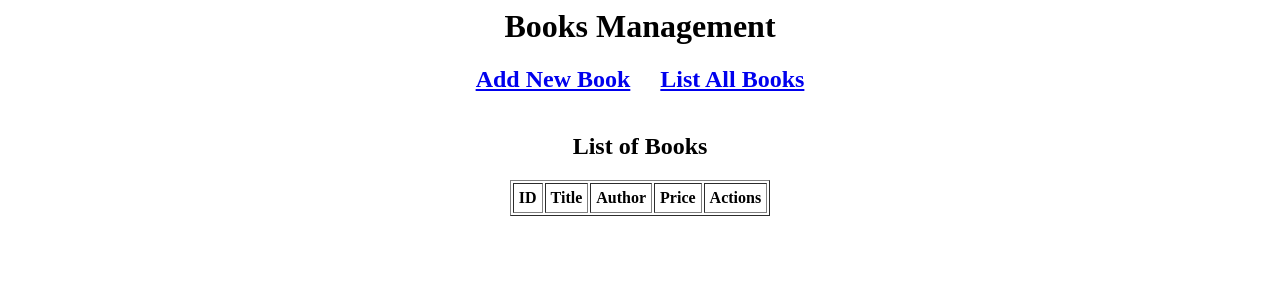
Repository: ntheanh201/A-D-Labs
Page: http://localhost/Lab1-Pro5/book-list.jsp
An editor plug-in stored every save of this project. The page is shown before and after the next save, followed by the edit.
The browser window is 1280 px wide. The pictures show the whole page.
The page is served by Tomcat 9. Other server files are loaded and not shown. The template is opened directly, without the code that normally fills it, so the values that code supplies are empty.

Above is the page before, as saved 2020-09-21 07:40:06.

### Lab1-Pro5/WebContent/book-list.jsp
<%--
    Document   : BookList
    Created on : Sep 21, 2020, 3:17:19 AM
    Author     : Thu Uyen
--%>

<%@ page language="java" contentType="text/html; charset=UTF-8"
    pageEncoding="UTF-8"%>
<%@ taglib uri="http://java.sun.com/jsp/jstl/core" prefix="c" %>
<html>
<head>
    <title>Books Store Application</title>
</head>
<body>
    <center>
        <h1>Books Management</h1>
        <h2>
            <a href="/new">Add New Book</a>
            &nbsp;&nbsp;&nbsp;
            <a href="/list">List All Books</a>

        </h2>
    </center>
    <div align="center">
        <table border="1" cellpadding="5">
            <caption><h2>List of Books</h2></caption>
            <tr>
                <th>ID</th>
                <th>Title</th>
                <th>Author</th>
                <th>Price</th>
                <th>Actions</th>
            </tr>
            <c:forEach var="book" items="${listBook}">
                <tr>
                    <td><c:out value="${book.id}" /></td>
                    <td><c:out value="${book.title}" /></td>
                    <td><c:out value="${book.author}" /></td>
                    <td><c:out value="${book.price}" /></td>
                    <td>
                        <a href="/edit?id=<c:out value='${book.id}' />">Edit</a>
                        &nbsp;&nbsp;&nbsp;&nbsp;
                        <a href="/delete?id=<c:out value='${book.id}' />">Delete</a>
                    </td>
                </tr>
            </c:forEach>
        </table>
    </div>
</body>
</html>

After the next save:
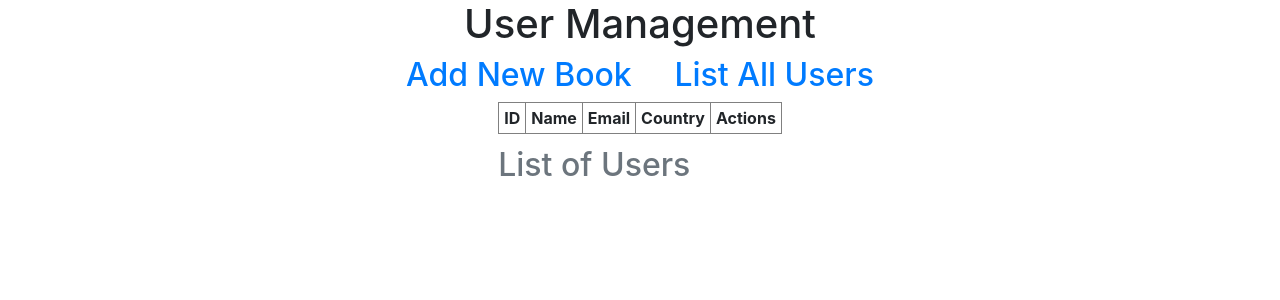
Saved 10 min 18 s later.
--- a/Lab1-Pro5/WebContent/book-list.jsp
+++ b/Lab1-Pro5/WebContent/book-list.jsp
@@ -1,34 +1,30 @@
-<%--
-    Document   : BookList
-    Created on : Sep 21, 2020, 3:17:19 AM
-    Author     : Thu Uyen
---%>
-
 <%@ page language="java" contentType="text/html; charset=UTF-8"
     pageEncoding="UTF-8"%>
 <%@ taglib uri="http://java.sun.com/jsp/jstl/core" prefix="c" %>
 <html>
 <head>
-    <title>Books Store Application</title>
+	<title>Book Management Application</title>
+	<link rel="stylesheet" href="https://stackpath.bootstrapcdn.com/bootstrap/4.3.1/css/bootstrap.min.css" integrity="sha384-ggOyR0iXCbMQv3Xipma34MD+dH/1fQ784/j6cY/iJTQUOhcWr7x9JvoRxT2MZw1T" crossorigin="anonymous">
+
 </head>
 <body>
-    <center>
-        <h1>Books Management</h1>
+	<center>
+		<h1>User Management</h1>
         <h2>
-            <a href="/new">Add New Book</a>
-            &nbsp;&nbsp;&nbsp;
-            <a href="/list">List All Books</a>
+        	<a href="new">Add New Book</a>
+        	&nbsp;&nbsp;&nbsp;
+        	<a href="list">List All Users</a>
 
         </h2>
-    </center>
+	</center>
     <div align="center">
         <table border="1" cellpadding="5">
-            <caption><h2>List of Books</h2></caption>
+            <caption><h2>List of Users</h2></caption>
             <tr>
                 <th>ID</th>
-                <th>Title</th>
-                <th>Author</th>
-                <th>Price</th>
+                <th>Name</th>
+                <th>Email</th>
+                <th>Country</th>
                 <th>Actions</th>
             </tr>
             <c:forEach var="book" items="${listBook}">
